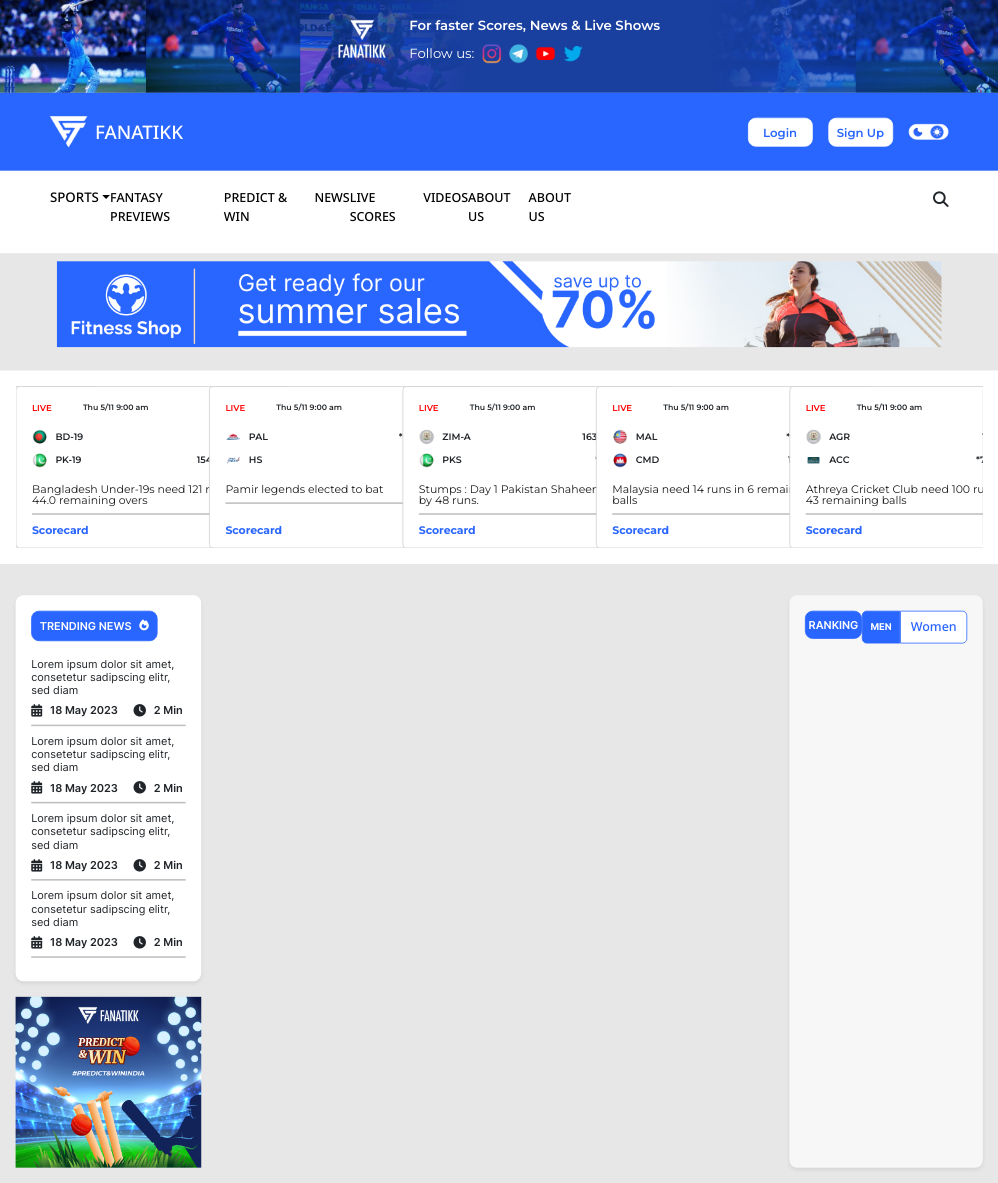
Repository: FlyweisReact/Kannapa
Page: /
An editor plug-in stored every save of this project. The page is shown before and after a run of saves, followed by the edit.
The browser window is 1280 px wide. The pictures show the whole page, at 78% of full size.
Some web libraries are served in a nearby version. The project was rebuilt for these pictures with package versions that can differ from the ones it lists, and the page was loaded fresh each time. Also part of the build but not shown: src/Components/Layout/Footer.js, src/Components/Sliders/Index-video-Slider.js, src/Components/firstScreen.jsx, src/Components/secondScreen.jsx, src/Components/thirdScreen.jsx, src/Components/fourthScreen.jsx, src/CSS/Footer.css.

Above is the page before, as saved 2023-06-03 16:04:16.

### public/index.html
<!DOCTYPE html>
<html lang="en">
  <head>
    <meta charset="utf-8" />
    <link rel="icon" href="%PUBLIC_URL%/favicon.ico" />
    <meta name="viewport" content="width=device-width, initial-scale=1" />
    <meta name="theme-color" content="#000000" />
    <meta
      name="description"
      content="Web site created using create-react-app"
    />
    <link rel="apple-touch-icon" href="%PUBLIC_URL%/logo192.png" />

    <link rel="manifest" href="%PUBLIC_URL%/manifest.json" />
    <link href="https://fonts.googleapis.com/css2?family=Roboto+Mono:ital,wght@1,300&display=swap" rel="stylesheet">
    <title>React App</title>
  </head>
  <body>
    <noscript>You need to enable JavaScript to run this app.</noscript>
    <div id="root"></div>
    <script src="https://code.jquery.com/jquery-3.6.0.min.js"></script>
    <script src="https://kit.fontawesome.com/b533b351e4.js" crossorigin="anonymous"></script>
  </body>
</html>

### src/CSS/Navbar.css
/**
 * === navbar styling ====
 *
 * @format
 */
.Stick-navbar{
    height: 100%;
    transition: box-shadow 0.3s ease;
    height: 100px;
}
.Navbar {
  display: flex;
  justify-content: space-between;
  background: #2965ff;
  padding: 20px;
  width: 100%;
  gap: 20px;
  position: fixed !important;
  top: 0;
  z-index: 999;
  transition: box-shadow 0.3s ease;
  align-items: center;
}

.Navbar .Left_Container {
  width: 30%;
}
.Navbar .Left_Container .Logo_Div {
  display: flex;
  gap: 10px;
  justify-content: center;
  align-items: center;
}
.Navbar .Left_Container .Logo_Div p {
  color: #fff;
  font-size: var(--mediumFont);
  margin: 0;
}
.Navbar .Left_Container .Logo_Div img {
  width: 47.73px;
  height: 40px;
}

.Navbar .Right_Container {
  width: 70%;
  display: flex;
  justify-content: center;
  gap: 40px;
}
.Navbar .Right_Container .Item {
  display: flex;
  justify-content: baseline;
}

.Navbar .Right_Container .Item p {
  font-size: 16px;
  cursor: pointer;
  color: #ffffff;
  padding-top: 2px;
}

.Navbar .Right_Container .Item .DropDown {
  border: none;
  color: #fff;
  font-size: 17px;
  cursor: pointer;
  color: #ffffff;
  margin: 0;
  padding: 0;
}
.Navbar .Right_Container .Item .fa-magnifying-glass {
  color: #fff;
  font-size: 18px;
  cursor: pointer;
  padding-top: 7px;
}
.Navbar .Right_Container .Item .Toggle{
  width: 51.43px;
  height: 19.03px;
  display: flex;
  justify-content: space-between;
  align-items: center;
  padding-left: 5px;
  padding-right: 5px;
  border-radius: 10px;
  background-color: #fff;
  border: 1px solid #fff;
  cursor: pointer;
  align-items: center;
  margin-top: 8px;
}


/* Header 2 */
.Header1 {
  background-image: url("../../public/Images/22.png");
  color: #ffffff;
  width: 100%;
  background-repeat: no-repeat;
  background-size: cover;
  height: 119px;
  padding: 20px;
}
.Header1 .Main {
  display: flex;
  align-items: center;
  justify-content: center;
  gap: 30px;
}
.Header1 .Main p {
  margin: 0;
}
.Header1 .Main .Head {
  font-family: MontserratNormal;
  font-weight: 600;
  font-size: 17px;
  color: #ffffff;
}

.Header1 .Main .Two {
  display: flex;
  gap: 10px;
  margin-top: 10px;
  align-items: center;
}
.Header1 .Main .Two p {
  font-family: MontserratNormal;
  font-style: normal;
  font-weight: 400;
  font-size: 17px;
  line-height: 17px;
  color: #ffffff;
}
.Header1 .Main .Social {
  display: flex;
  gap: 10px;
  align-items: center;
}

/* Fading Navbar */

.Fading_Nav {
  display: flex;
  justify-content: space-between;
  background: #2965ff;
  padding: 30px;
  width: 100%;
  gap: 20px;
  align-items: center;
  padding-left: 5%;
  padding-right: 5%;
}

.Fading_Nav .Left_Container {
  width: 30%;
}
.Fading_Nav .Left_Container .Logo_Div {
  display: flex;
  gap: 10px;
  justify-content: flex-start;
  align-items: center;
}
.Fading_Nav .Left_Container .Logo_Div p {
  color: #fff;
  font-size: var(--mediumFont);
  margin: 0;
}
.Fading_Nav .Left_Container .Logo_Div img {
  width: 47.73px;
  height: 40px;
}

.Fading_Nav .Right_Container {
  width: 70%;
  display: flex;
  justify-content: flex-end;
  gap: 20px;
  align-items: center;
}
.Fading_Nav .Right_Container button {
  font-family: MontserratNormal;
  font-style: normal;
  font-weight: 600;
  width: 83px;
  height: 37px;
  border-radius: 10px;
  font-size: 15px;
  line-height: 19px;
  color: #2965ff;
  background-color: #fff;
  border: 1px solid #fff;
  cursor: pointer;
}
.Fading_Nav .Right_Container .Toggle {
  width: 51.43px;
  height: 19.03px;
  display: flex;
  justify-content: space-between;
  align-items: center;
  padding-left: 5px;
  padding-right: 5px;
}


/* Fading Category */
.Fading_Category{
    display: flex;
    justify-content: space-between;
    padding: 20px;
    background-color: #fff;
    padding-left: 5%;
    padding-right: 5%;
}
.Fading_Category .Left_Container {
    display: flex;
    justify-content: space-between;
    width: 60%;
}

.Fading_Category .Left_Container .Item {
    display: flex;
    justify-content: baseline;
  }

  .Fading_Category .Left_Container .Item p {
    font-size: 16px;
    cursor: pointer;
    color: #000;
    padding-top: 2px;
  }

  .Fading_Category .Left_Container .Item .DropDown {
    border: none;
    font-size: 17px;
    cursor: pointer;
    color: #000;
    margin: 0;
    padding: 0;
    border: none;
  }

.Fading_Category .Right_Container i{
    font-size: 20px;
    padding-top: 7px;
}


/* Fading Effect */
.HomePage{
    min-height: 200vh;
}
.fade-out{
    opacity: 0;
    transition: opacity 0.5s;
    height: 0;
    overflow: hidden;
}
.fade-in{
    opacity: 1;
    transition: opacity 0.5s;
    height: auto;
    overflow: hidden;
    width: 100%;
}

### src/CSS/Component.css
/** @format */

/* Fading Header */

/* Home Screen */
.Index_Center_Banner {
  width: 100%;
  padding: 10px;
}

.Index_Center_Banner img {
  width: 90%;
  display: block;
  margin: auto;
}

.Index_Center_GIF {
  width: 100%;
  padding: 10px;
}

.Index_Center_GIF img {
  width: 90%;
  display: block;
  margin: auto;
  height: 500px;
}

.Index_Center_Desc {
  display: flex;
  width: 90%;
  padding: 10px;
  margin: auto;
}

.Index_Center_Desc .Main_Comp {
  text-align: left;
}
.Index_Center_Desc .Main_Comp .head {
  font-size: 36px;
  color: #1d1d1d;
  text-shadow: 0px 1px 1px rgba(37, 37, 37, 0.5);
  margin: 0;
}

.Index_Center_Desc .Main_Comp .Two_Sec {
  display: flex;
  gap: 10px;
  align-items: flex-start;
}
.Index_Center_Desc .Main_Comp .Two_Sec img {
  height: 20px;
  margin-top: 4px;
}

.Index_Center_Desc .Main_Comp .Two_Sec p {
  color: rgba(29, 29, 29, 0.6);
  text-shadow: 0px 1px 1px rgba(37, 37, 37, 0.5);
  font-style: italic;
}

.Index_Center_Desc .Main_Comp .desc p {
  font-size: 16px;
  line-height: 24px;
  align-items: center;
  color: rgba(29, 29, 29, 0.6);
  max-width: 60%;
  font-style: italic;
  margin: 0;
}
.first5 p u {
  color: #333;
}

.Index_Logo_Div {
  display: flex;
  justify-content: space-between;
  align-items: center;
  width: 90%;
  margin: auto;
  padding-top: 10px;
  padding-bottom: 10px;
}
.Index_Logo_Div .Left_Comp {
  display: flex;
  gap: 10px;
  align-items: center;
}
.Index_Logo_Div .Right_Comp img {
  cursor: pointer;
}

.Index_Video_Slider {
  width: 90%;
  display: block;
  margin: auto;
  padding-top: 10px;
  padding-bottom: 10px;
}

.Video_Slider {
  width: 100%;
  /* padding: 20px; */
  display: block;
  margin: auto;
}
.Video_Slider .Main_Item {
  background: #ffffff;
  border: 1px solid #1d1d1d;
  border-radius: 10px;
  height: 400px;
}
.Video_Slider .Main_Item img {
  width: 100%;
  border-radius: 10px 10px 0px 0px;
}
.Video_Slider .Main_Item p {
  padding: 10px;
  font-family: Montserrat;
  font-size: 15px;
  line-height: 18px;
  color: #1d1d1d;
}
.Video_Slider .Main_Item:focus {
  outline: none;
}

.Index_Center_Button {
  width: 90%;
  display: block;
  margin: auto;
  padding-top: 10px;
  padding-bottom: 10px;
  margin-top: 2%;
  position: relative;
}
.Index_Center_Button button {
  font-family: Montserrat;
  font-size: 16px;
  line-height: 20px;
  text-transform: uppercase;
  width: 256px;
  color: #ffffff;
  background: #2965ff;
  border: 1px solid #2965ff;
  border-radius: 25px;
  padding: 10px;
  display: block;
  margin: auto;
}

.Index_Center_Button .empty {
  height: 4px !important;
  position: absolute;
  top: 50%;
  left: 50%;
  transform: translate(-50%, -50%);
  z-index: -1;
  background-color: #2965ff;
  width: 100%;
}

.Index_Three_Cont {
  width: 90%;
  display: grid;
  grid-template-columns: auto auto auto;
  gap: 20px;
  margin: auto;
  padding-top: 20px;
}
.Index_Three_Cont .Main_Component .head {
  font-family: Montserrat;
  font-style: normal;
  font-weight: 700;
  font-size: 22.3418px;
  line-height: 30px;
  color: #1d1d1d;
}
.Index_Three_Cont .Main_Component img {
  width: 100%;
}
.Index_Three_Cont .Main_Component .desc {
  font-family: Montserrat;
  font-style: normal;
  font-weight: 300;
  font-size: 15.9584px;
  line-height: 40px;
}

/* Score_Card_Slider */
.ScoreCard_Slider {
  background-color: #ffffff;
  padding: 20px;
  margin-top: 20px;
  margin-bottom: 20px;
}
.ScoreCard_Slider .Main_Item {
  border: 1px solid #cfcfcf;
  background-color: #fff;
  border-radius: 5px;
  padding: 20px;
  width: 350px !important;
  height: 208px !important;
  position: relative;
}
.ScoreCard_Slider .Main_Item .two_Sec {
  display: flex;
  gap: 40px;
  align-items: center;
  margin-bottom: 20px;
}
.ScoreCard_Slider .Main_Item .two_Sec p {
  margin: 0;
  font-family: MontserratNormal;
  font-style: normal;
  font-weight: 600;
  font-size: 10px;
  line-height: 14px;
}
.ScoreCard_Slider .Main_Item .two_Sec .first {
  margin: 0;
  font-family: MontserratNormal;
  font-style: normal;
  font-weight: 600;
  font-size: 11px;
  line-height: 14px;
  color: #ff0000;
}
.ScoreCard_Slider .slick-next:before {
  display: none !important;
}

.ScoreCard_Slider .Main_Item .Flags_Div {
  display: flex;
  justify-content: space-between;
  align-items: center;
  gap: 10px;
  margin-top: 10px;
}

.ScoreCard_Slider .Main_Item .Flags_Div div {
  display: flex;
  gap: 10px;
  align-items: center;
}
.ScoreCard_Slider .Main_Item .Flags_Div div p {
  margin: 0;
  font-family: MontserratNormal;
  font-style: normal;
  font-weight: 600;
  font-size: 12px;
  line-height: 17px;
}
.ScoreCard_Slider .Main_Item .desc {
  color: #1d1d1d;
  font-family: MontserratNormal;
  font-style: normal;
  font-weight: 400;
  font-size: 14px;
  line-height: 14px;
  width: 90%;
  margin: 0;
  margin-top: 20px;
}
.ScoreCard_Slider .Main_Item .empty {
  background-color: #bfbfbf;
  width: 100%;
  height: 2px;
  margin-top: 10px;
}
.ScoreCard_Slider .Main_Item .Scorecard {
  font-family: MontserratNormal;
  font-style: normal;
  font-weight: 700;
  font-size: 14px;
  line-height: 14px;
  position: absolute;
  letter-spacing: -0.11px;
  color: #2965ff;
  bottom: 0;
}

/* Index_Three_Sec_Layout */
.Index_Three_Sec_Layout {
  width: 100%;
  padding: 20px;
  display: flex;
  gap: 20px;
}
.Index_Three_Sec_Layout .left_Comp {
  width: 20%;
}
.Index_Three_Sec_Layout .Mid_Comp {
  width: 60%;
}
.Index_Three_Sec_Layout .Right_Comp {
  width: 20%;
}

.Index_Three_Sec_Layout .left_Comp .Trading_News {
  background-color: #fff;
  padding: 20px;
  box-shadow: 0px 3px 6px rgba(0, 0, 0, 0.08);
  border-radius: 10px;
}
.Index_Three_Sec_Layout .left_Comp .Trading_News button {
  background-color: #2965ff;
  color: #fff;
  border: 1px solid #2965ff;
  text-transform: uppercase;
  border-radius: 10px;
  font-style: normal;
  font-weight: 600;
  font-size: 14px;
  line-height: 17px;
  font-family: Inter;
  padding: 10px;
  display: flex;
  gap: 10px;
  align-items: center;
  margin-bottom: 20px;
}

.Index_Three_Sec_Layout .left_Comp .Trading_News .desc {
  margin-top: 10px;
}
.Index_Three_Sec_Layout .left_Comp .Trading_News .desc .head {
  font-family: Inter;
  font-style: normal;
  font-weight: 400;
  font-size: 14px;
  line-height: 17px;
  margin: 0;
}

.Index_Three_Sec_Layout .left_Comp .Trading_News .desc .two_sec {
  display: flex;
  align-items: center;
  gap: 20px;
  margin-top: 10px;
}
.Index_Three_Sec_Layout .left_Comp .Trading_News .desc .two_sec div {
  display: flex;
  align-items: center;
  gap: 10px;
}
.Index_Three_Sec_Layout .left_Comp .Trading_News .desc .two_sec div p {
  margin: 0;
  font-family: Inter;
  font-style: normal;
  font-weight: 600;
  font-size: 14px;
  line-height: 8px;
}
.Index_Three_Sec_Layout .left_Comp .Trading_News .desc .empty {
  width: 100%;
  height: 2px;
  background-color: #bfbfbf;
  margin-top: 10px;
  margin-bottom: 10px;
}
.Index_Three_Sec_Layout .left_Comp .BigImage {
  width: 100%;
  padding-top: 20px;
}
.Index_Three_Sec_Layout .left_Comp .BigImage img {
  width: 100%;
  display: block;
  margin: auto;
}

.Index_Three_Sec_Layout .Right_Comp {
  background: #f7f7f7;
  box-shadow: 0px 3px 6px rgba(0, 0, 0, 0.08);
  border-radius: 10px;
  padding: 20px;
}

.Index_Three_Sec_Layout .Right_Comp .Main_Item .Three_Sec {
  display: flex;
  justify-content: space-between;
}
.Index_Three_Sec_Layout .Right_Comp .Main_Item .Three_Sec .First_Btn {
  background: #2965ff;
  border-radius: 10px;
  font-family: Inter;
  font-style: normal;
  font-weight: 600;
  font-size: 14px;
  line-height: 17px;
  text-transform: uppercase;
  border: 1px solid #2965ff;
  color: #ffffff;
  width: 89.88px;
  height: 36px;
}

.Index_Three_Sec_Layout .Right_Comp .Main_Item .Three_Sec div {
  display: flex;
}
.Index_Three_Sec_Layout .Right_Comp .Main_Item .Three_Sec div .First {
  padding: 10px;
  border: 1px solid #2965ff;
  border-radius: 6.22229px 0px 0px 6.22229px;
  background: #2965ff;
  font-family: Inter;
  font-style: normal;
  font-weight: 700;
  font-size: 12px;
  line-height: 12px;
  color: #fff;
  text-align: center;
  text-transform: uppercase;
}
.Index_Three_Sec_Layout .Right_Comp .Main_Item .Three_Sec div button {
  padding: 10px;
  border: 1px solid #2965ff;
  color: #2965ff;
  background: #FFFFFF;
border: 0.622229px solid #2965FF;
border-radius: 0px 6.22229px 6.22229px 0px;
  padding: 7.46674px 12.4446px 8.08897px;
}

Loaded but not shown: src/App.css (common file); src/Components/Sliders/ScoreCard.js (443 lines, source omitted); src/Pages/HomeScreen.js (152 lines, source omitted); src/Components/Layout/Navbar.js (71 lines, source omitted); src/Components/Layout/FadingNav/FadingCategory.js (57 lines, source omitted); src/App.js (32 lines, source omitted); src/Components/Layout/FadingNav/FadingNav.js (27 lines, source omitted); src/Components/Layout/FadingNav/Header1.js (32 lines, source omitted); src/index.js (17 lines, source omitted); src/index.css (634 lines, source omitted)

After the next 2 saves:
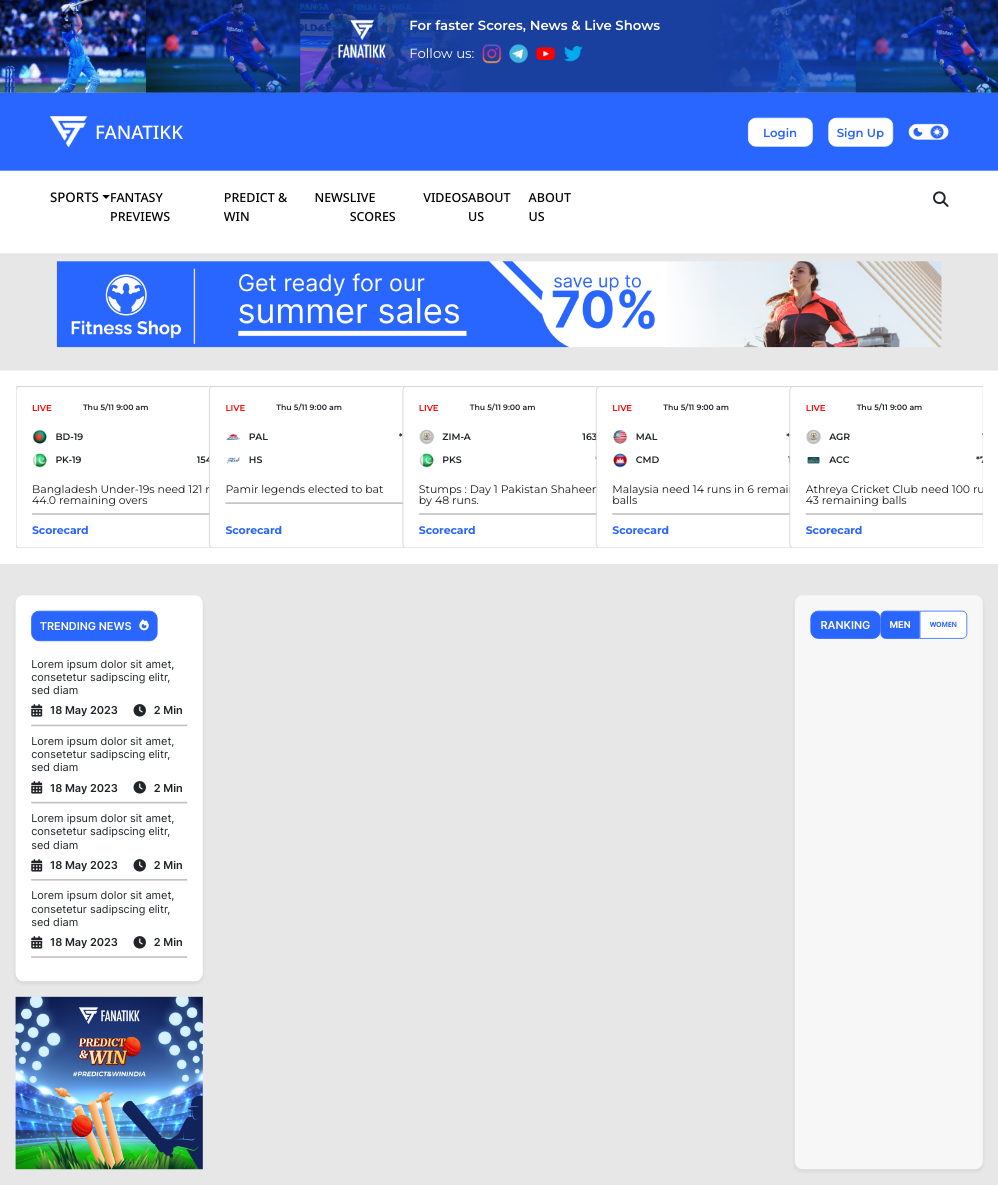
The 2 saves are shown as one change because they came seconds apart.
The last was saved 17 s later.
--- a/src/CSS/Component.css
+++ b/src/CSS/Component.css
@@ -420,4 +420,10 @@
 border: 0.622229px solid #2965FF;
 border-radius: 0px 6.22229px 6.22229px 0px;
   padding: 7.46674px 12.4446px 8.08897px;
-}
+  font-family: 'Noto Sans';
+font-style: normal;
+font-weight: 700;
+font-size: 8.7112px;
+line-height: 12px;
+text-transform: uppercase;
+}
